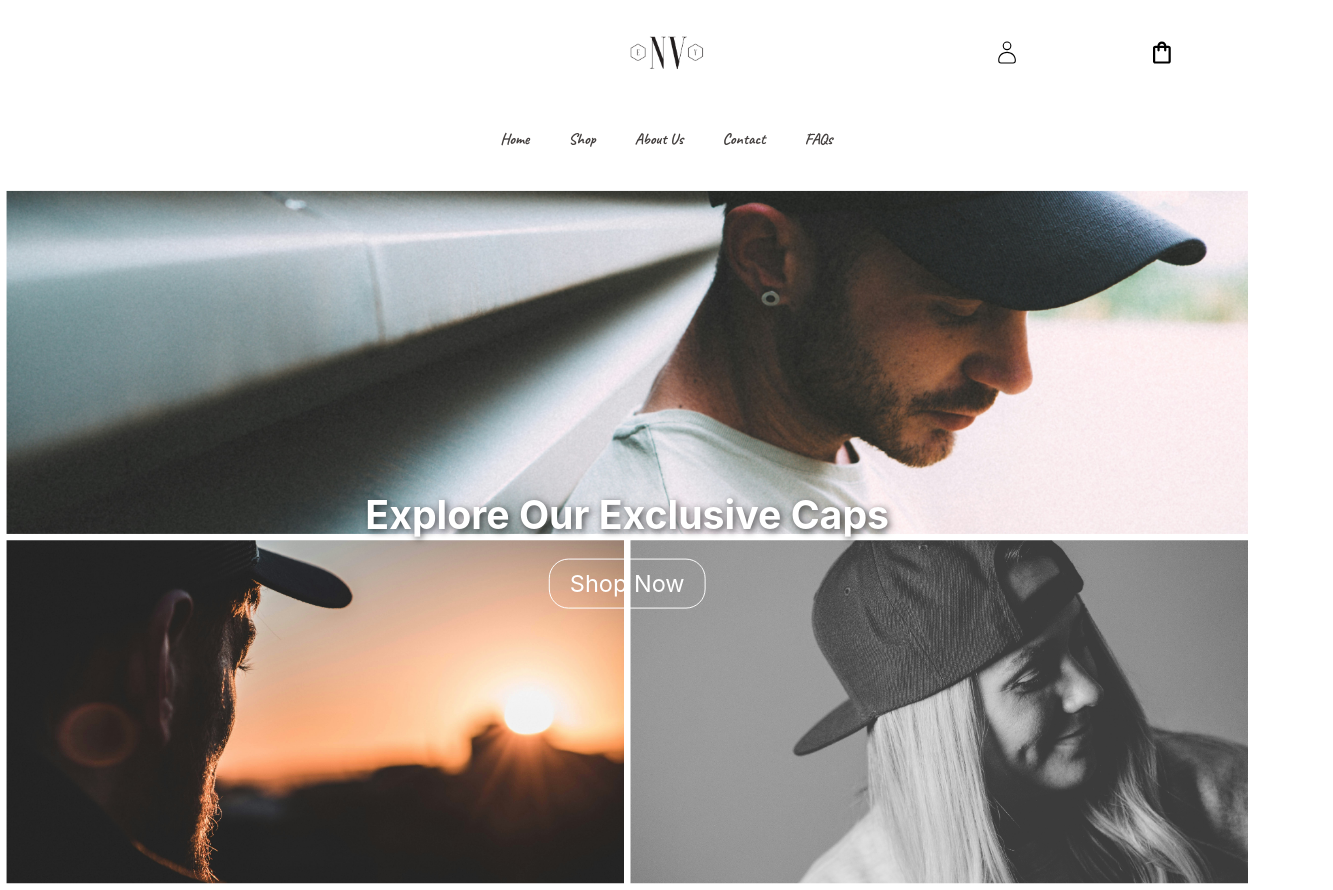
Repository: lasity34/new-envy
Page: / (app in my-new-envy/)
An editor plug-in stored every save of this project. The page is shown before and after the next save, followed by the edit.
The browser window is 1280 px wide. The page is 1360 px wide, so the pictures cover 1360 px, including what lies to the right of the window. The pictures show the whole page, at 98% of full size.
The project was rebuilt for these pictures with package versions that can differ from the ones it lists, and the page was loaded fresh each time.

Above is the page before, as saved 2024-04-22 11:22:32.

After the next save:
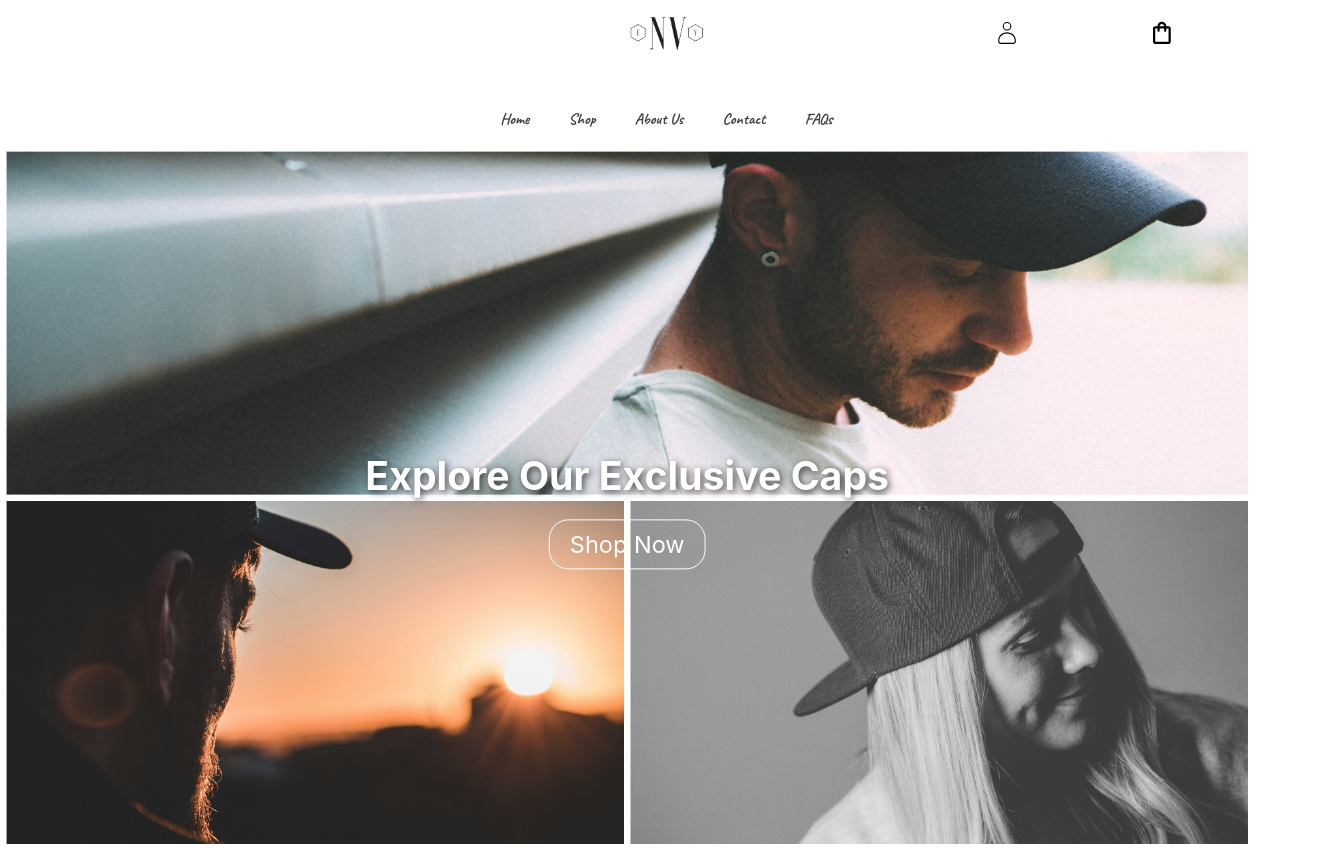
Saved 96 s later.
--- a/my-new-envy/src/components/Header.tsx
+++ b/my-new-envy/src/components/Header.tsx
@@ -6,7 +6,7 @@ import { MdOutlineShoppingBag } from "react-icons/md";
 const HeaderContainer = styled.header`
   font-family: "Caveat", cursive;
   color: black;
-  padding: 20px 40px;
+  padding: 0 40px;
   display: flex;
   justify-content: space-between;
   flex-direction: column;
